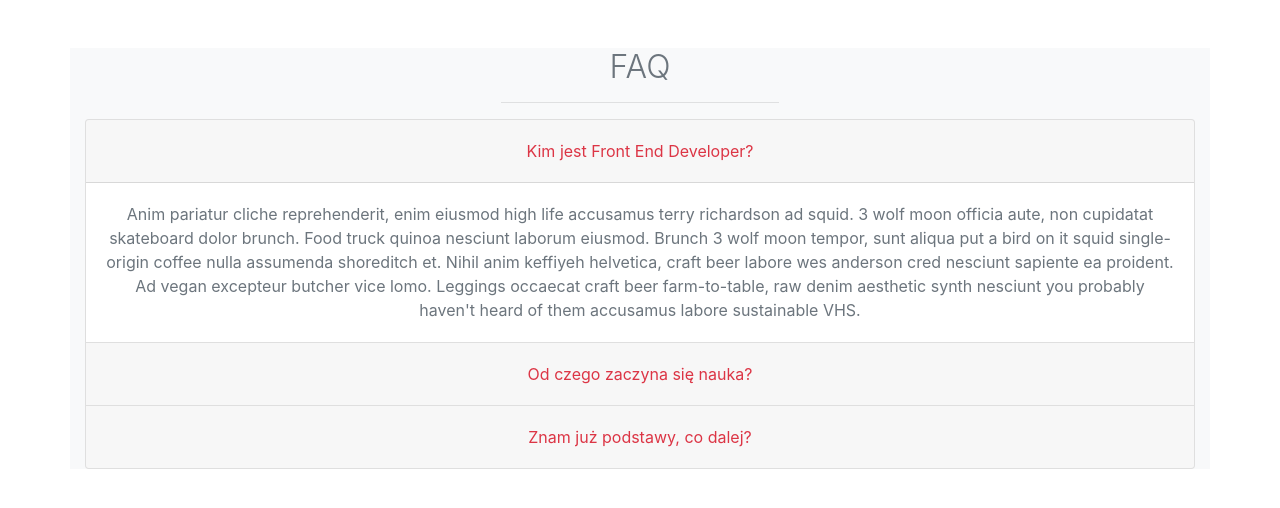
Repository: magdaf41/Bootstrap
Page: zadanie 2/index.html
These files come from the project's save history. The page is drawn as it stood at one moment and after the next save; the edit follows.
The browser window is 1280 px wide. The pictures show the whole page.

Above is the page before, as saved 2020-09-18 14:19:50.

### zadanie 2/index.html
<!doctype html>
<html lang="en">

<head>
    <!-- Required meta tags -->
    <meta charset="utf-8">
    <meta name="viewport" content="width=device-width, initial-scale=1, shrink-to-fit=no">
    <title>Faq-bootstrap</title>
    <!-- Bootstrap CSS -->
    <link rel="stylesheet" href="https://stackpath.bootstrapcdn.com/bootstrap/4.5.2/css/bootstrap.min.css"
        integrity="sha384-JcKb8q3iqJ61gNV9KGb8thSsNjpSL0n8PARn9HuZOnIxN0hoP+VmmDGMN5t9UJ0Z" crossorigin="anonymous">

    <link rel="stylesheet" href="css/style.css">
    <link rel="stylesheet" href="https://use.fontawesome.com/releases/v5.7.2/css/all.css"
        integrity="sha384-fnmOCqbTlWIlj8LyTjo7mOUStjsKC4pOpQbqyi7RrhN7udi9RwhKkMHpvLbHG9Sr" crossorigin="anonymous">
</head>

<body>
    <div class="container bg-light text-center mx-10">
        <h1 class="text-muted font-weight-light mt-5">FAQ</h1>
        <hr class="w-25">

        <div class="accordion" id="accordionExample">
            <div class="card">
                <div class="card-header" id="headingOne">
                    <h2 class="mb-0">
                        <button class="btn btn-link btn-block text-danger" type="button" data-toggle="collapse"
                            data-target="#collapseOne" aria-expanded="true" aria-controls="collapseOne">
                            Kim jest Front End Developer?
                        </button>
                    </h2>
                </div>

                <div id="collapseOne" class="collapse show" aria-labelledby="headingOne"
                    data-parent="#accordionExample">
                    <div class="card-body text-muted">
                        Anim pariatur cliche reprehenderit, enim eiusmod high life accusamus terry richardson ad squid.
                        3
                        wolf moon officia aute, non cupidatat skateboard dolor brunch. Food truck quinoa nesciunt
                        laborum
                        eiusmod. Brunch 3 wolf moon tempor, sunt aliqua put a bird on it squid single-origin coffee
                        nulla
                        assumenda shoreditch et. Nihil anim keffiyeh helvetica, craft beer labore wes anderson cred
                        nesciunt
                        sapiente ea proident. Ad vegan excepteur butcher vice lomo. Leggings occaecat craft beer
                        farm-to-table, raw denim aesthetic synth nesciunt you probably haven't heard of them accusamus
                        labore sustainable VHS.
                    </div>
                </div>
            </div>
            <div class="card">
                <div class="card-header" id="headingTwo">
                    <h2 class="mb-0">
                        <button class="btn btn-link btn-block collapsed text-danger" type="button" data-toggle="collapse"
                            data-target="#collapseTwo" aria-expanded="false" aria-controls="collapseTwo">
                            Od czego zaczyna się nauka?
                        </button>
                    </h2>
                </div>
                <div id="collapseTwo" class="collapse" aria-labelledby="headingTwo" data-parent="#accordionExample">
                    <div class="card-body text-muted">
                        Anim pariatur cliche reprehenderit, enim eiusmod high life accusamus terry richardson ad squid.
                        3
                        wolf moon officia aute, non cupidatat skateboard dolor brunch. Food truck quinoa nesciunt
                        laborum
                        eiusmod. Brunch 3 wolf moon tempor, sunt aliqua put a bird on it squid single-origin coffee
                        nulla
                        assumenda shoreditch et. Nihil anim keffiyeh helvetica, craft beer labore wes anderson cred
                        nesciunt
                        sapiente ea proident. Ad vegan excepteur butcher vice lomo. Leggings occaecat craft beer
                        farm-to-table, raw denim aesthetic synth nesciunt you probably haven't heard of them accusamus
                        labore sustainable VHS.
                    </div>
                </div>
            </div>
            <div class="card">
                <div class="card-header" id="headingThree">
                    <h2 class="mb-0">
                        <button class="btn btn-link btn-block collapsed text-danger" type="button" data-toggle="collapse"
                            data-target="#collapseThree" aria-expanded="false" aria-controls="collapseThree">
                            Znam już podstawy, co dalej?
                        </button>
                    </h2>
                </div>
                <div id="collapseThree" class="collapse" aria-labelledby="headingThree" data-parent="#accordionExample">
                    <div class="card-body text-muted">
                        Anim pariatur cliche reprehenderit, enim eiusmod high life accusamus terry richardson ad squid.
                        3
                        wolf moon officia aute, non cupidatat skateboard dolor brunch. Food truck quinoa nesciunt
                        laborum
                        eiusmod. Brunch 3 wolf moon tempor, sunt aliqua put a bird on it squid single-origin coffee
                        nulla
                        assumenda shoreditch et. Nihil anim keffiyeh helvetica, craft beer labore wes anderson cred
                        nesciunt
                        sapiente ea proident. Ad vegan excepteur butcher vice lomo. Leggings occaecat craft beer
                        farm-to-table, raw denim aesthetic synth nesciunt you probably haven't heard of them accusamus
                        labore sustainable VHS.
                    </div>
                </div>
            </div>
        </div>
    </div>






    <!-- Optional JavaScript -->
    <!-- jQuery first, then Popper.js, then Bootstrap JS -->
    <script src="https://code.jquery.com/jquery-3.5.1.slim.min.js"
        integrity="sha384-DfXdz2htPH0lsSSs5nCTpuj/zy4C+OGpamoFVy38MVBnE+IbbVYUew+OrCXaRkfj"
        crossorigin="anonymous"></script>
    <script src="https://cdn.jsdelivr.net/npm/popper.js@1.16.1/dist/umd/popper.min.js"
        integrity="sha384-9/reFTGAW83EW2RDu2S0VKaIzap3H66lZH81PoYlFhbGU+6BZp6G7niu735Sk7lN"
        crossorigin="anonymous"></script>
    <script src="https://stackpath.bootstrapcdn.com/bootstrap/4.5.2/js/bootstrap.min.js"
        integrity="sha384-B4gt1jrGC7Jh4AgTPSdUtOBvfO8shuf57BaghqFfPlYxofvL8/KUEfYiJOMMV+rV"
        crossorigin="anonymous"></script>
</body>

</html>

### zadanie 2/css/style.css
h1 {
    font-size: 2em;
}

After the next save:
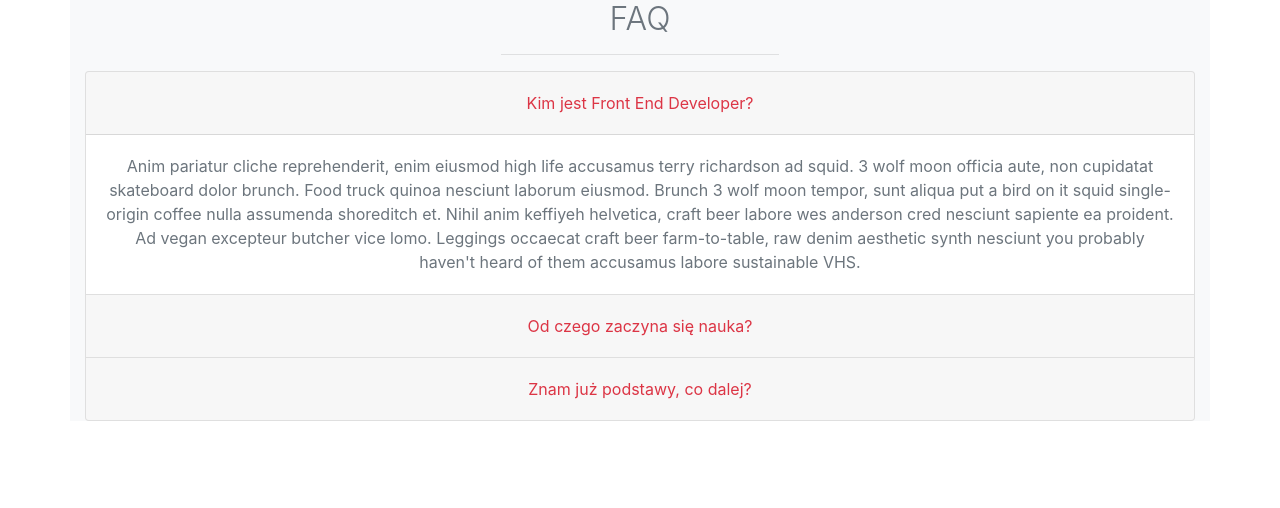
Saved 12 s later.
--- a/zadanie 2/index.html
+++ b/zadanie 2/index.html
@@ -16,8 +16,8 @@
 </head>
 
 <body>
-    <div class="container bg-light text-center mx-10">
-        <h1 class="text-muted font-weight-light mt-5">FAQ</h1>
+    <div class="container bg-light text-center">
+        <h1 class="text-muted font-weight-light mt-7">FAQ</h1>
         <hr class="w-25">
 
         <div class="accordion" id="accordionExample">

After the 2 saves that followed:
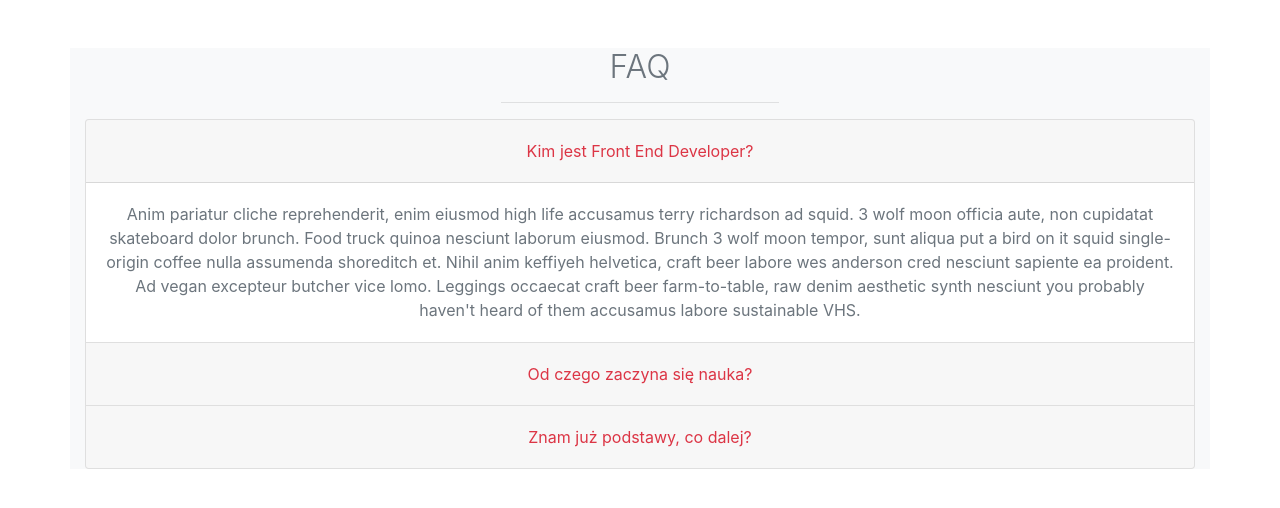
The 2 saves are shown as one change because 1 left the picture as it was.
The last was saved 15 s later.
--- a/zadanie 2/index.html
+++ b/zadanie 2/index.html
@@ -17,7 +17,7 @@
 
 <body>
     <div class="container bg-light text-center">
-        <h1 class="text-muted font-weight-light mt-7">FAQ</h1>
+        <h1 class="text-muted font-weight-light mt-5">FAQ</h1>
         <hr class="w-25">
 
         <div class="accordion" id="accordionExample">
